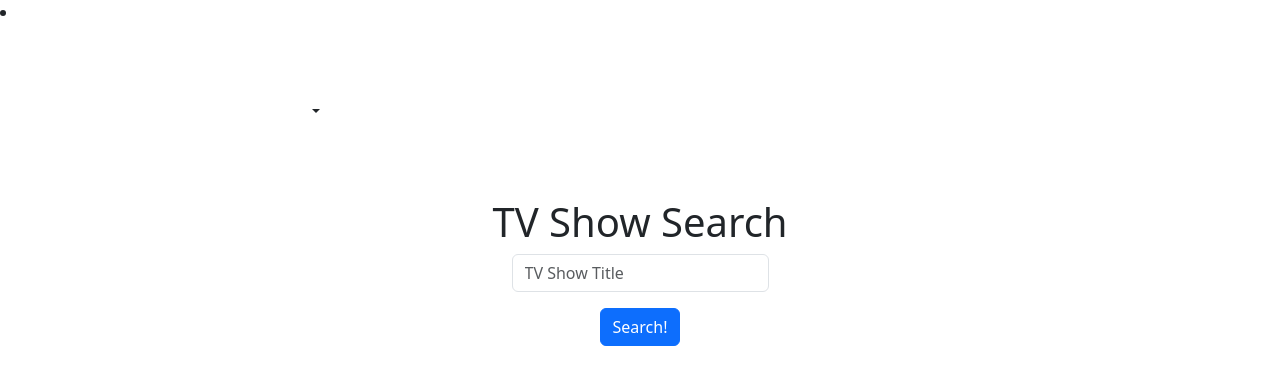
Repository: danieltikamori/wdb
Page: projects/TV-Show-search-app/index.html
These files come from the project's save history. The page is drawn as it stood at one moment and after the next save; the edit follows.
The browser window is 1280 px wide. The pictures show the whole page.
Some web libraries are served in a nearby version.

Above is the page before, as saved 2023-01-28 21:49:04.

### projects/TV-Show-search-app/index.html
<!DOCTYPE html>
<html lang="en">
  <head>
    <meta charset="UTF-8" />
    <meta http-equiv="X-UA-Compatible" content="IE=edge" />
    <meta name="viewport" content="width=device-width, initial-scale=1.0" />
    <title>TV Show Search App</title>
    <link
      href="https://cdn.jsdelivr.net/npm/bootstrap@5.3.0-alpha1/dist/css/bootstrap.min.css"
      rel="stylesheet"
      integrity="sha384-GLhlTQ8iRABdZLl6O3oVMWSktQOp6b7In1Zl3/Jr59b6EGGoI1aFkw7cmDA6j6gD"
      crossorigin="anonymous"
    />
  </head>
  <body>
    <li class="nav-item dropdown">
      <button class="btn btn-link nav-link py-2 px-0 px-lg-2 dropdown-toggle d-flex align-items-center" id="bd-theme" type="button" aria-expanded="false" data-bs-toggle="dropdown" data-bs-display="static">
        <svg class="bi my-1 theme-icon-active"><use href="#sun-fill"></use></svg>
        <span class="d-lg-none ms-2">Toggle theme</span>
      </button>
      <ul class="dropdown-menu dropdown-menu-end" aria-labelledby="bd-theme" style="--bs-dropdown-min-width: 8rem;">
        <li>
          <button type="button" class="dropdown-item d-flex align-items-center active" data-bs-theme-value="light">
            <svg class="bi me-2 opacity-50 theme-icon"><use href="#sun-fill"></use></svg>
            Light
            <svg class="bi ms-auto d-none"><use href="#check2"></use></svg>
          </button>
        </li>
        <li>
          <button type="button" class="dropdown-item d-flex align-items-center" data-bs-theme-value="dark">
            <svg class="bi me-2 opacity-50 theme-icon"><use href="#moon-stars-fill"></use></svg>
            Dark
            <svg class="bi ms-auto d-none"><use href="#check2"></use></svg>
          </button>
        </li>
        <li>
          <button type="button" class="dropdown-item d-flex align-items-center" data-bs-theme-value="auto">
            <svg class="bi me-2 opacity-50 theme-icon"><use href="#circle-half"></use></svg>
            Auto
            <svg class="bi ms-auto d-none"><use href="#check2"></use></svg>
          </button>
        </li>
      </ul>
    </li>
    <div class="container text-center">
      <h1>TV Show Search</h1>
      <div class="btn-group" class="form-floating container">
        <form action="" id="searchForm">
          <input
            type="text"
            name="query"
            id=""
            placeholder="TV Show Title"
            class="form-control"
          />
          <button class="btn btn-primary m-3">Search!</button>
        </form>
      </div>
    </div>

    <script
      src="https://cdn.jsdelivr.net/npm/bootstrap@5.3.0-alpha1/dist/js/bootstrap.bundle.min.js"
      integrity="sha384-w76AqPfDkMBDXo30jS1Sgez6pr3x5MlQ1ZAGC+nuZB+EYdgRZgiwxhTBTkF7CXvN"
      crossorigin="anonymous"
    ></script>
    <script src="https://cdn.jsdelivr.net/npm/axios@1.1.2/dist/axios.min.js"></script>
    <script src="app.js"></script>
  </body>
</html>

### projects/TV-Show-search-app/app.js
const form = document.querySelector("#searchForm");
form.addEventListener("submit", async function (e) {
  e.preventDefault();
  const searchTerm = form.elements.query.value;
  const configParams = { params: {q: searchTerm} };
  const queryResult = await axios.get(
    `https://api.tvmaze.com/search/shows`, configParams
  );
  displaytvshowImg(queryResult.data);
  form.elements.query.value = '';
});

const displaytvshowImg = (shows) => {
  for (let showResult of shows) {
    if (showResult.show.image) {
      const tvshowImg = document.createElement("IMG");
      tvshowImg.src = showResult.show.image.medium;
      document.body.append(tvshowImg);
    }
  }
};

//Dark mode, auto mode
(() => {
  'use strict'

  const storedTheme = localStorage.getItem('theme')

  const getPreferredTheme = () => {
    if (storedTheme) {
      return storedTheme
    }

    return window.matchMedia('(prefers-color-scheme: dark)').matches ? 'dark' : 'light'
  }

  const setTheme = function (theme) {
    if (theme === 'auto' && window.matchMedia('(prefers-color-scheme: dark)').matches) {
      document.documentElement.setAttribute('data-bs-theme', 'dark')
    } else {
      document.documentElement.setAttribute('data-bs-theme', theme)
    }
  }

  setTheme(getPreferredTheme())

  const showActiveTheme = theme => {
    const activeThemeIcon = document.querySelector('.theme-icon-active use')
    const btnToActive = document.querySelector(`[data-bs-theme-value="${theme}"]`)
    const svgOfActiveBtn = btnToActive.querySelector('svg use').getAttribute('href')

    document.querySelectorAll('[data-bs-theme-value]').forEach(element => {
      element.classList.remove('active')
    })

    btnToActive.classList.add('active')
    activeThemeIcon.setAttribute('href', svgOfActiveBtn)
  }

  window.matchMedia('(prefers-color-scheme: dark)').addEventListener('change', () => {
    if (storedTheme !== 'light' || storedTheme !== 'dark') {
      setTheme(getPreferredTheme())
    }
  })

  window.addEventListener('DOMContentLoaded', () => {
    showActiveTheme(getPreferredTheme())

    document.querySelectorAll('[data-bs-theme-value]')
      .forEach(toggle => {
        toggle.addEventListener('click', () => {
          const theme = toggle.getAttribute('data-bs-theme-value')
          localStorage.setItem('theme', theme)
          setTheme(theme)
          showActiveTheme(theme)
        })
      })
  })
})()

After the next save:
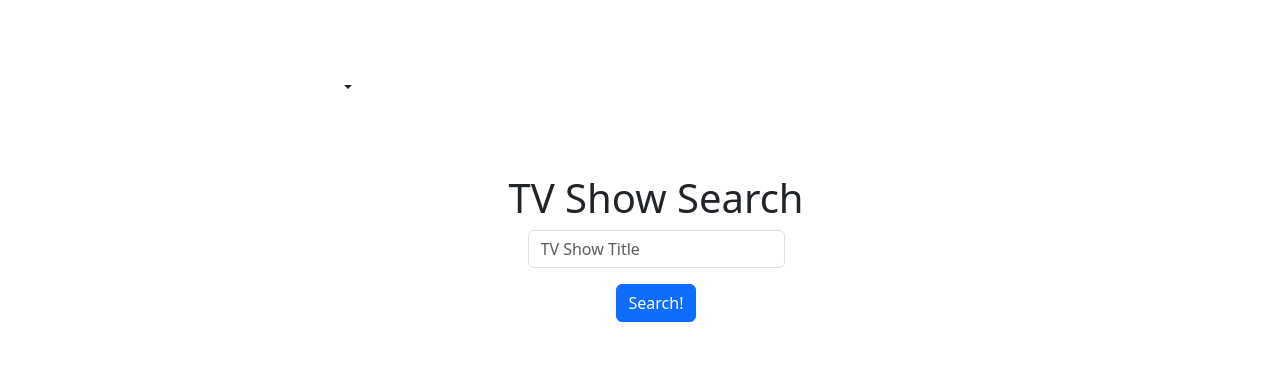
Saved 8 s later.
--- a/projects/TV-Show-search-app/index.html
+++ b/projects/TV-Show-search-app/index.html
@@ -13,6 +13,7 @@
     />
   </head>
   <body>
+    <ul
     <li class="nav-item dropdown">
       <button class="btn btn-link nav-link py-2 px-0 px-lg-2 dropdown-toggle d-flex align-items-center" id="bd-theme" type="button" aria-expanded="false" data-bs-toggle="dropdown" data-bs-display="static">
         <svg class="bi my-1 theme-icon-active"><use href="#sun-fill"></use></svg>
